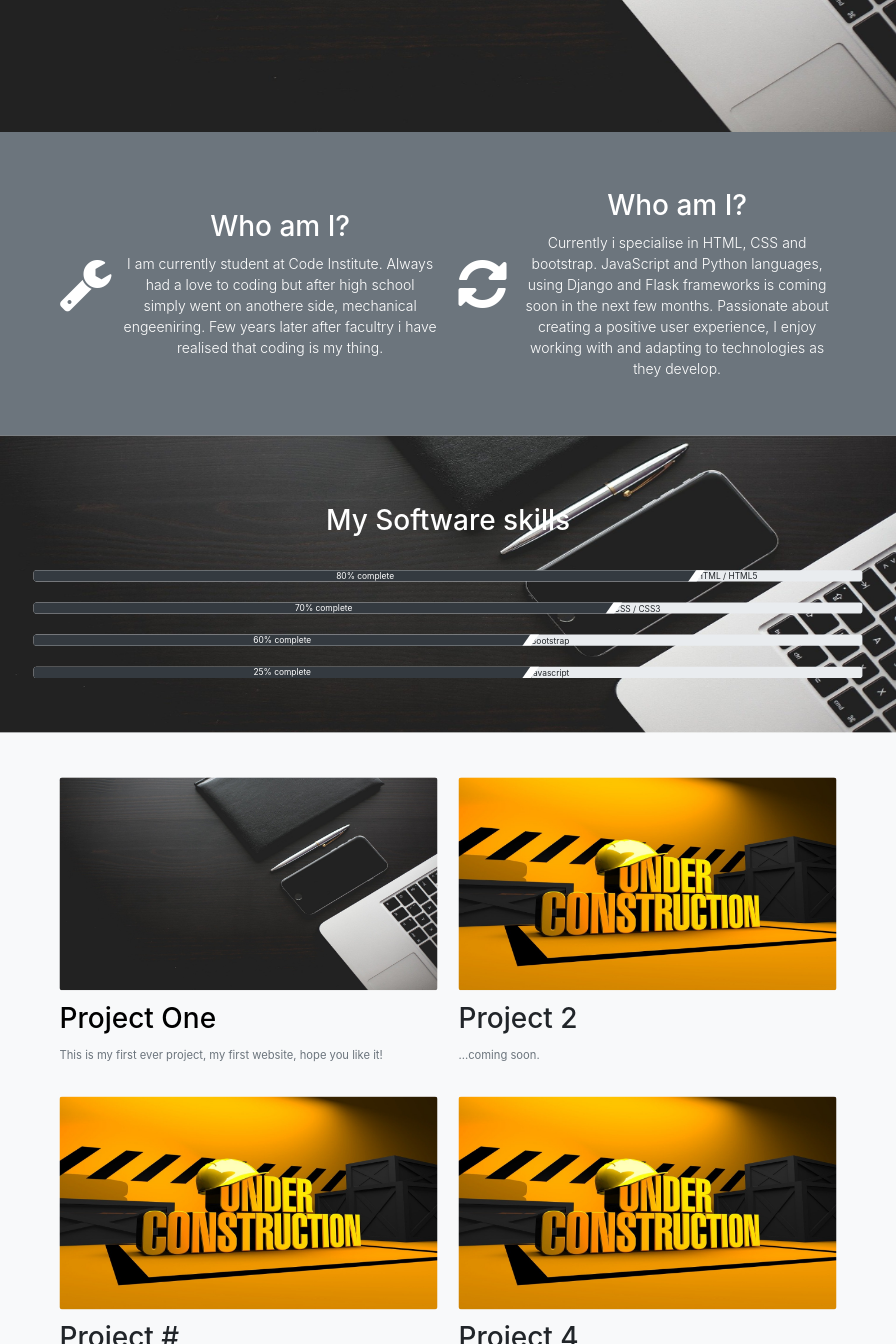
Repository: Kraljiccar/User-Centric-Frontend-Development-Milestone-Project
Page: index.html
The author's editor kept a record of every edit. The page is drawn from the files as they stood at one moment, then again after the next edit.
The browser window is 1280 px wide. The pictures show the part of the page from y = 531 to 2451 px (the page is 3250 px tall), at 70% of full size.
Backgrounds fixed to the window are drawn as part of the page.

Above is the page before.

After the next edit:
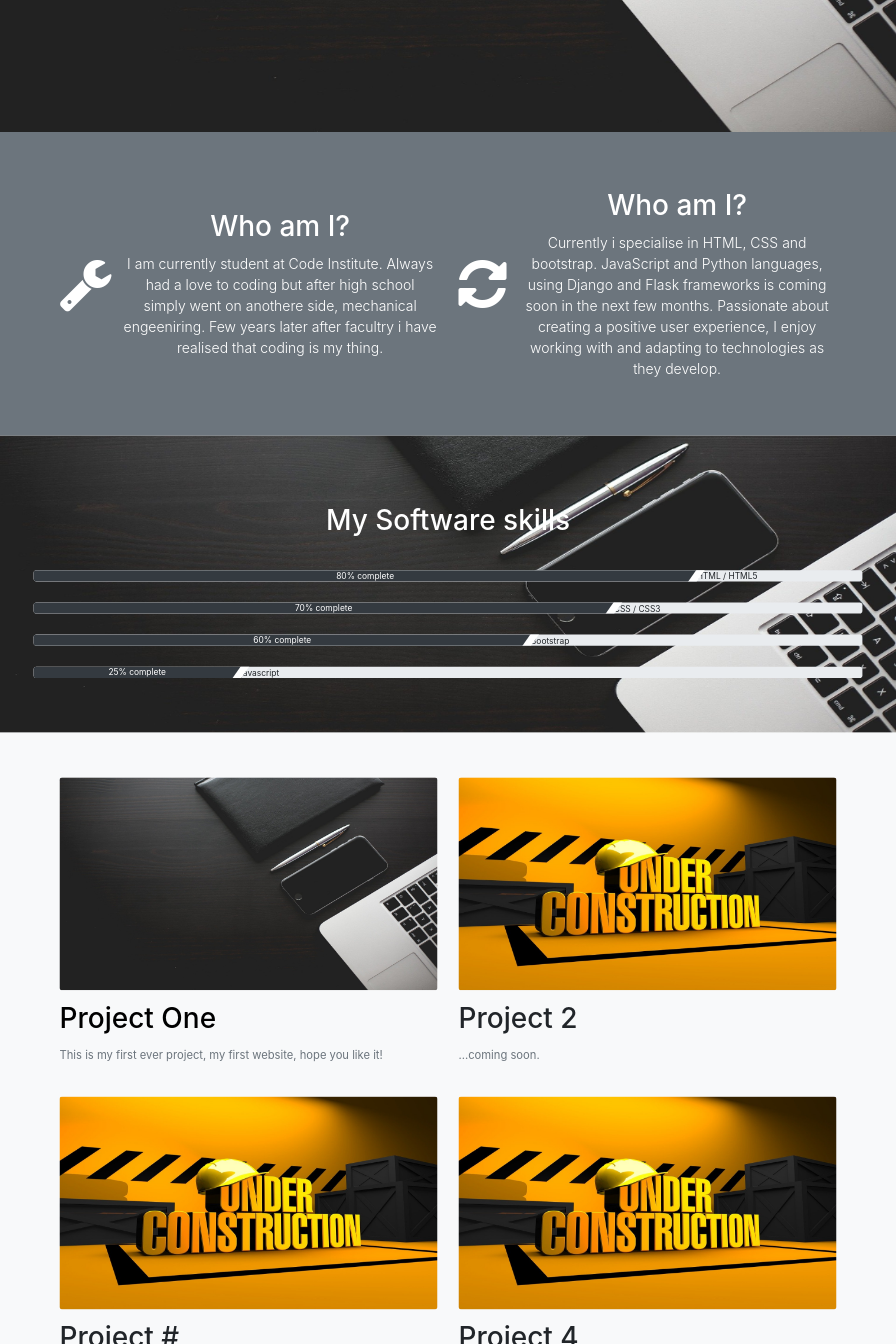
The edit:
--- a/index.html
+++ b/index.html
@@ -104,7 +104,7 @@
                             <span class="progress-type">Bootstrap</span>
                         </div>
                         <div class="progress">
-                            <div class="progress-bar bg-dark" role="progressbar" aria-valuenow="25" aria-valuemin="0" aria-valuemax="100" style="width:60%;">
+                            <div class="progress-bar bg-dark" role="progressbar" aria-valuenow="25" aria-valuemin="0" aria-valuemax="100" style="width:25%;">
                                 <span class="sl-only">25% complete</span>
                             </div>
                             <span class="progress-type">javascript</span>
